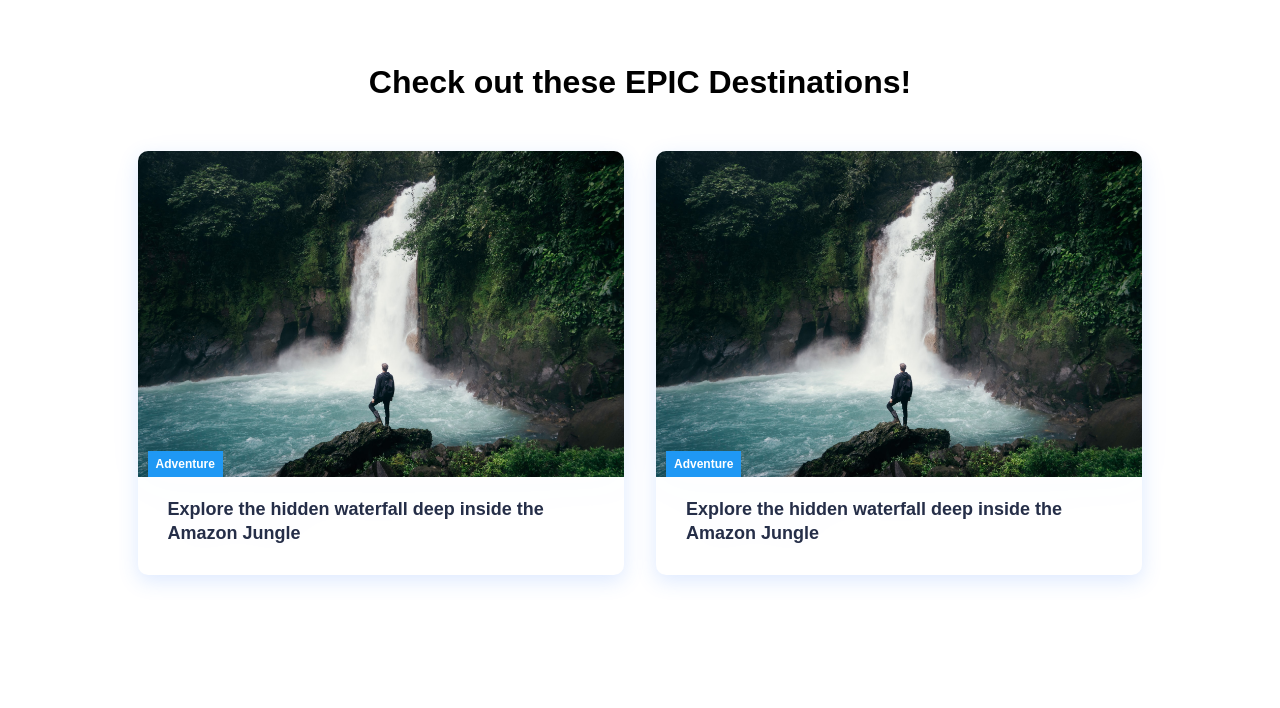
Repository: kate30980/practice-react-lp1
Page: /
An editor plug-in stored every save of this project. The page is shown before and after the next save, followed by the edit.
The browser window is 1280 px wide. The pictures show the part of the page from y = 800 to 1508 px (the page is 1508 px tall).
The project was rebuilt for these pictures with package versions that can differ from the ones it lists, and the page was loaded fresh each time.

Above is the page before, as saved 2021-09-25 15:14:18.

After the next save:
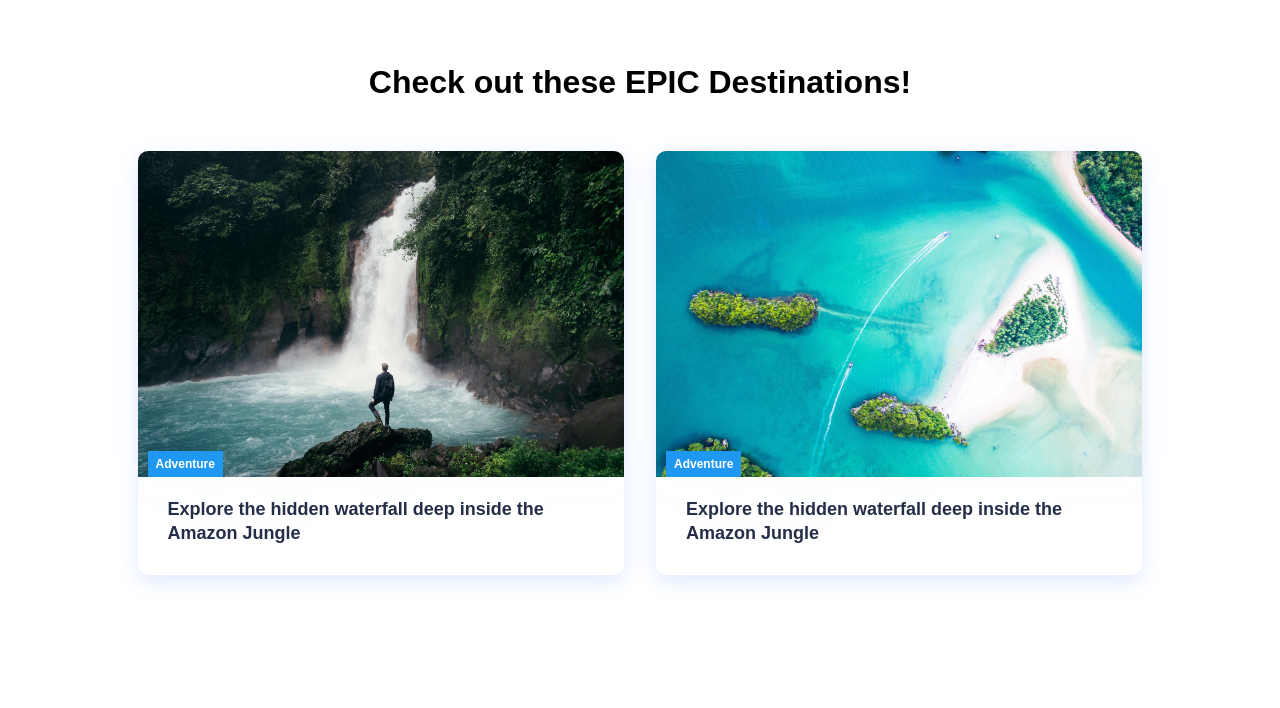
Saved 13 s later.
--- a/src/components/Cards.js
+++ b/src/components/Cards.js
@@ -16,7 +16,7 @@ function Cards() {
               path="/services"
             />
             <CardItem
-              src="images/img-9.jpg"
+              src="images/img-2.jpg"
               text="Explore the hidden waterfall deep inside the Amazon Jungle"
               label="Adventure"
               path="/services"
